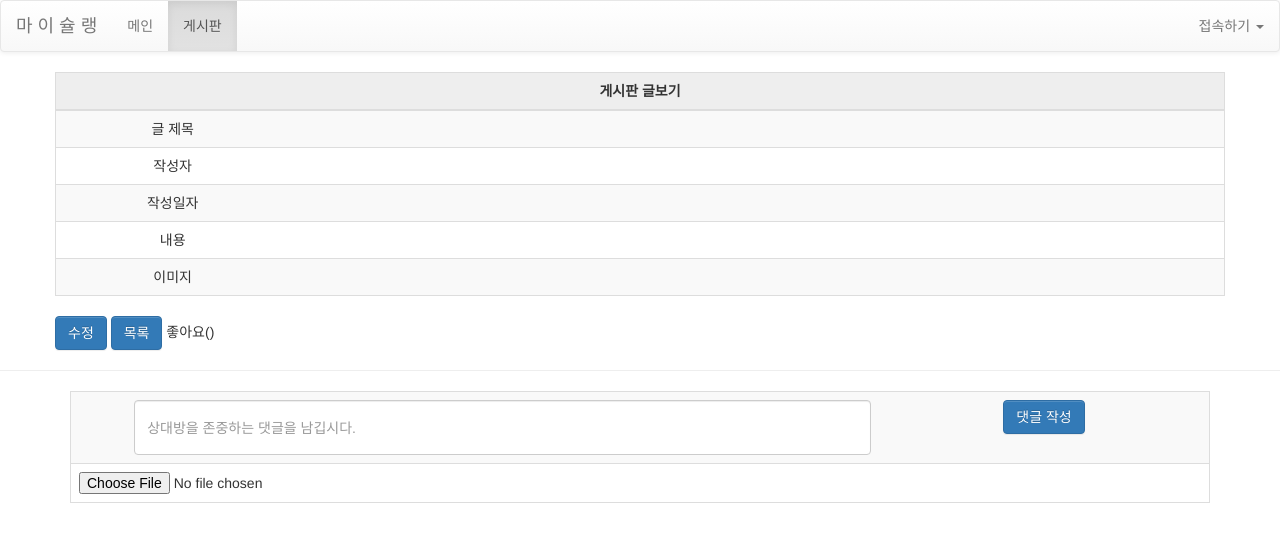
Repository: serendipity63/mychelin
Page: http://localhost/board/WEB-INF/views/detailform.jsp
The author's editor kept a copy of each file at every save. The page is drawn from the files as they stood at one save, then again after the next save.
The browser window is 1280 px wide. The pictures show the whole page.
Some web libraries are served in a nearby version. The page is served by Tomcat 9. Nobody is signed in. The template is opened directly, without the code that normally fills it, so the values that code supplies are empty.

Above is the page before, as saved 2024-01-11 13:48:31.
Console error (its wording comes from the project's code and is left out).

After the next save:
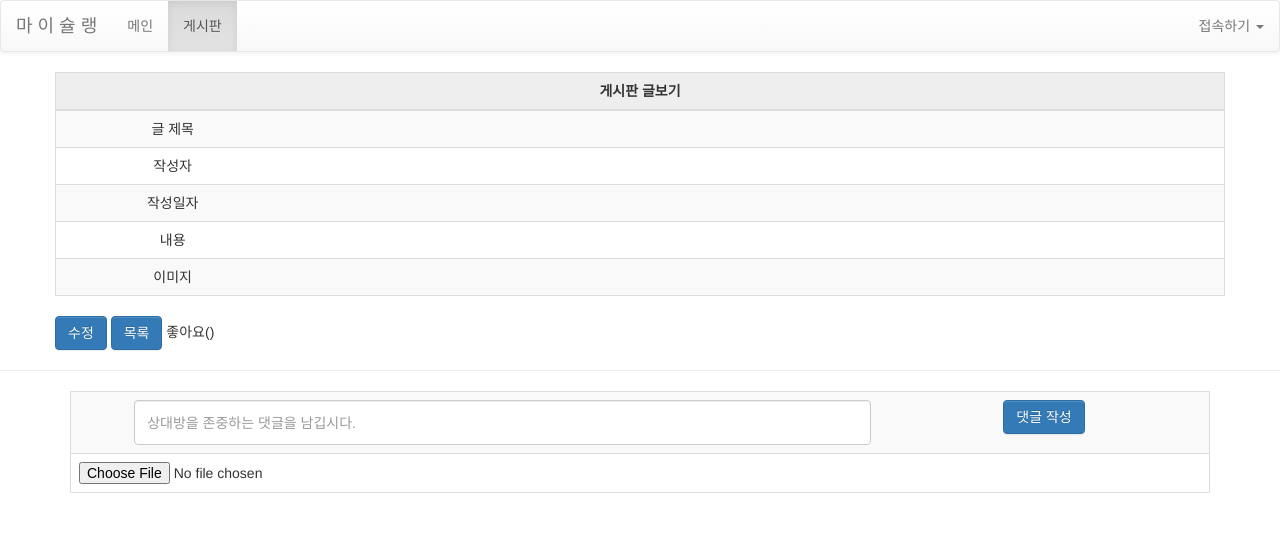
Saved 6 s later.
--- a/board/src/main/webapp/WEB-INF/views/detailform.jsp
+++ b/board/src/main/webapp/WEB-INF/views/detailform.jsp
@@ -188,7 +188,7 @@
 			<table class="table table-striped" style="text-align: center; border: 1px solid #dddddd">
 				<tr>
 					<td style="border-bottom:none;" valign="middle"><br>${user.id}</td>
-					<td><input type="text" style="height:5.5rem;" class="form-control" placeholder="상대방을 존중하는 댓글을 남깁시다." name = "commentText"></td>
+					<td><input type="text" style="height:4.5rem;" class="form-control" placeholder="상대방을 존중하는 댓글을 남깁시다." name = "commentText"></td>
 					<td><input type="submit" class="btn btn-primary" value="댓글 작성"></td>
 				</tr>
 				<tr>
